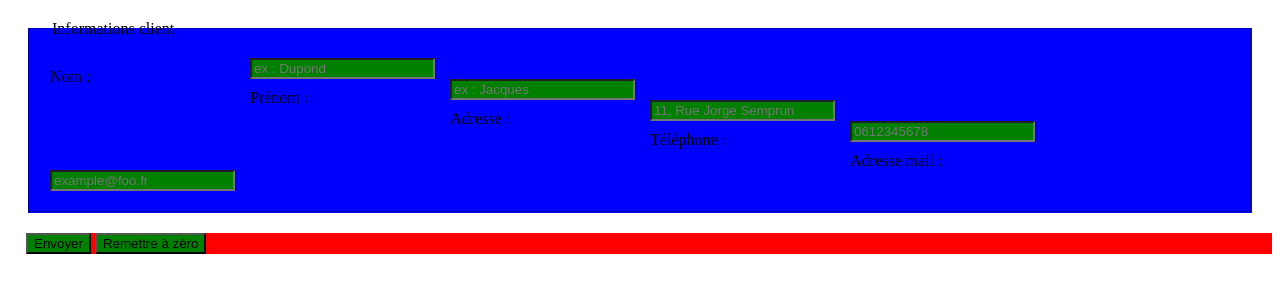
Repository: big73/NFE114
Page: http://localhost/Seance4-step1/
An editor plug-in stored every save of this project. The page is shown before and after the next save, followed by the edit.
The browser window is 1280 px wide. The pictures show the whole page.
The page is served by Tomcat 9. Other server files are loaded and not shown.

Above is the page before, as saved 2015-12-30 14:56:13.

### Seance4-step1/WebContent/formClient.jsp
<%@ page language="java" contentType="text/html; charset=UTF-8"
    pageEncoding="UTF-8"%>
<!DOCTYPE html PUBLIC "-//W3C//DTD HTML 4.01 Transitional//EN" "http://www.w3.org/TR/html4/loose.dtd">
<html>
<head>
<meta http-equiv="Content-Type" content="text/html; charset=UTF-8">
<title>Insert title here</title>
<link rel="stylesheet" href="css/style.css">
</head>
<body>

	<form>
		<fieldset>
		<legend>Informations client</legend>

			<label>Nom : </label>
			<input class="saisie" type="text" placeholder="ex : Dupond" name="nom"><br>

			<label>Prénom : </label>
			<input class="saisie" type="text" placeholder="ex : Jacques" name="prenom"><br>

			<label>Adresse : </label>
			<input class="saisie" type="text" placeholder="11, Rue Jorge Semprun" name="adresse"><br>

			<label>Téléphone : </label>
			<input class="saisie" type="text" placeholder="0612345678" name="phone"><br>

			<label>Adresse mail : </label>
			<input class="saisie" type="email" placeholder="example@foo.fr" name="mail"><br>

		</fieldset>

		<div class="actionneur">
			<input type="submit" value="Envoyer">
			<input type="reset" value="Remettre à zéro">
		</div>
	</form>

</body>
</html>

### Seance4-step1/WebContent/WEB-INF/taglibs.jsp
<%@ page language="java" contentType="text/html; charset=UTF-8" pageEncoding="UTF-8"%>
<%@ taglib uri="http://java.sun.com/jsp/jstl/core" prefix="c" %>
<%@ taglib uri="http://java.sun.com/jsp/jstl/functions" prefix="fn" %>
<!DOCTYPE html PUBLIC "-//W3C//DTD HTML 4.01 Transitional//EN" "http://www.w3.org/TR/html4/loose.dtd">
<html>
<head>
<meta http-equiv="Content-Type" content="text/html; charset=UTF-8">
<title>Taglibs Repo</title>
</head>
<body>

</body>
</html>

### Seance4-step1/WebContent/css/style.css
.actionneur
{
	margin-left : 18px;
	background-color: red;
}

fieldset {
    border-color: blue;
    margin : 20px;
    padding : 20px;
    background-color: blue;
}

input
{

    background-color: green;
}

form label {

    float: left;

    width: 200px;

    margin: 10px 0px 0px 0px;

}

After the next save:
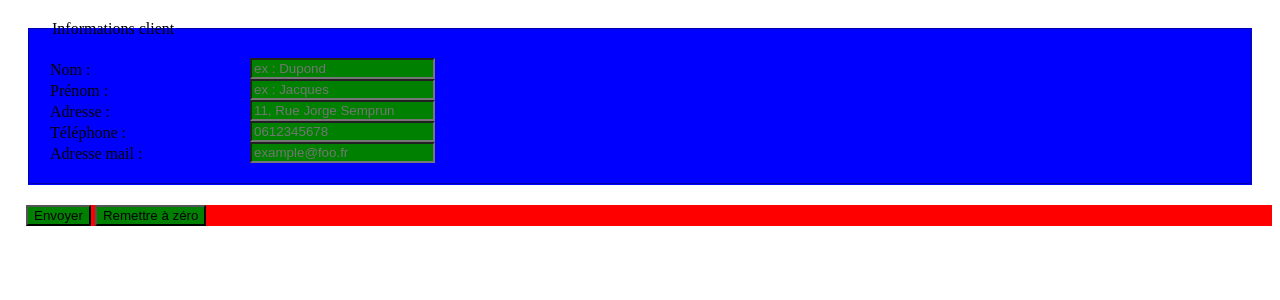
Saved 10 s later.
--- a/Seance4-step1/WebContent/css/style.css
+++ b/Seance4-step1/WebContent/css/style.css
@@ -23,6 +23,6 @@ form label {
 
     width: 200px;
 
-    margin: 10px 0px 0px 0px;
+    margin: 3px 0px 0px 0px;
 
 }
